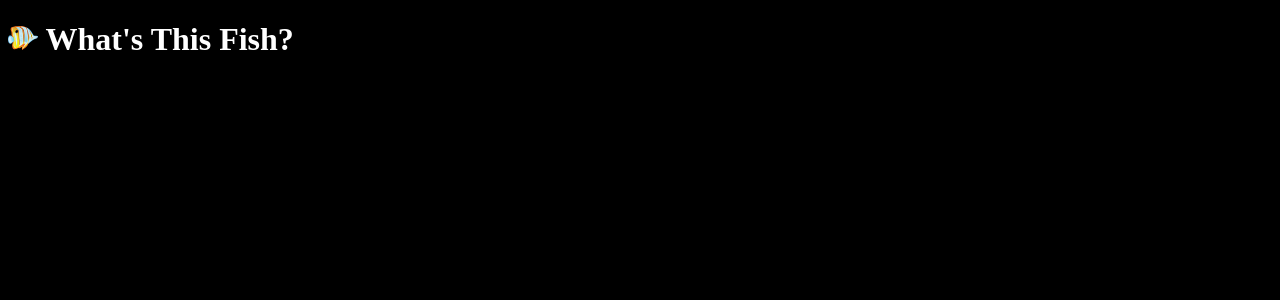
Repository: ulyfm/whatsthis.fish
Page: FishServer/externalpages/index.html
These files come from the project's save history. The page is drawn as it stood at one moment and after the next save; the edit follows.
The browser window is 1280 px wide. The pictures show the whole page.
Some web fonts or font styles are not loaded; a fallback is used.

Above is the page before, as saved 2017-01-04 17:59:24.

### FishServer/externalpages/index.html
<!DOCTYPE html>
<html>
	<head>
		<title>WhatsThisFish</title>
		<link rel='stylesheet' type='text/css' href='fish.css'>
		<script src='fish.js' type='text/javascript'></script>
		<link href="https://fonts.googleapis.com/css?family=Alegreya" rel="stylesheet">
	</head>
	<body>
		<h1><img src='drivingthattrainhighoncocaine.svg' id='logo'>  What's This Fish?</h1>

	</body>
</html>

### FishServer/externalpages/fish.css
html{
	background: #000000;
	color: #ffffff;
}
h1 {
	font-family: 'Alegreya', serif;
}
#logo {
	width: 30px;
	display: inline;
}

Loaded but not shown: FishServer/externalpages/fish.js (no stored copy; drawn as an empty file)

After the next save:
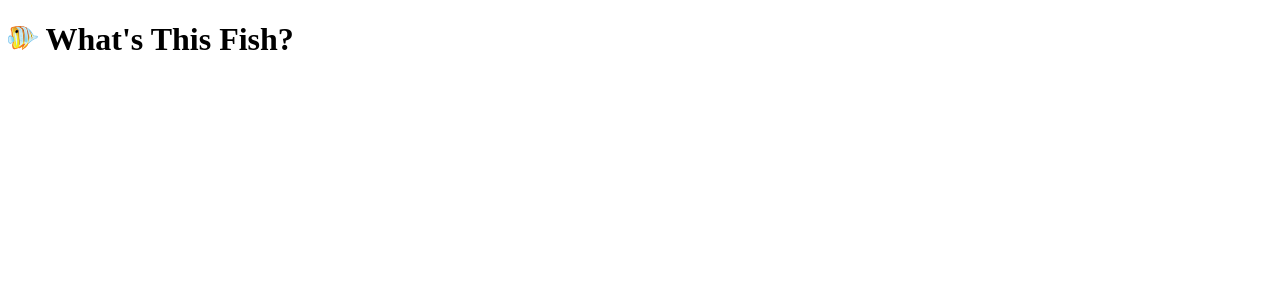
Saved 30 s later.
--- a/FishServer/externalpages/fish.css
+++ b/FishServer/externalpages/fish.css
@@ -1,6 +1,6 @@
 html{
-	background: #000000;
-	color: #ffffff;
+	background: #ffffff;
+	color: #;
 }
 h1 {
 	font-family: 'Alegreya', serif;
